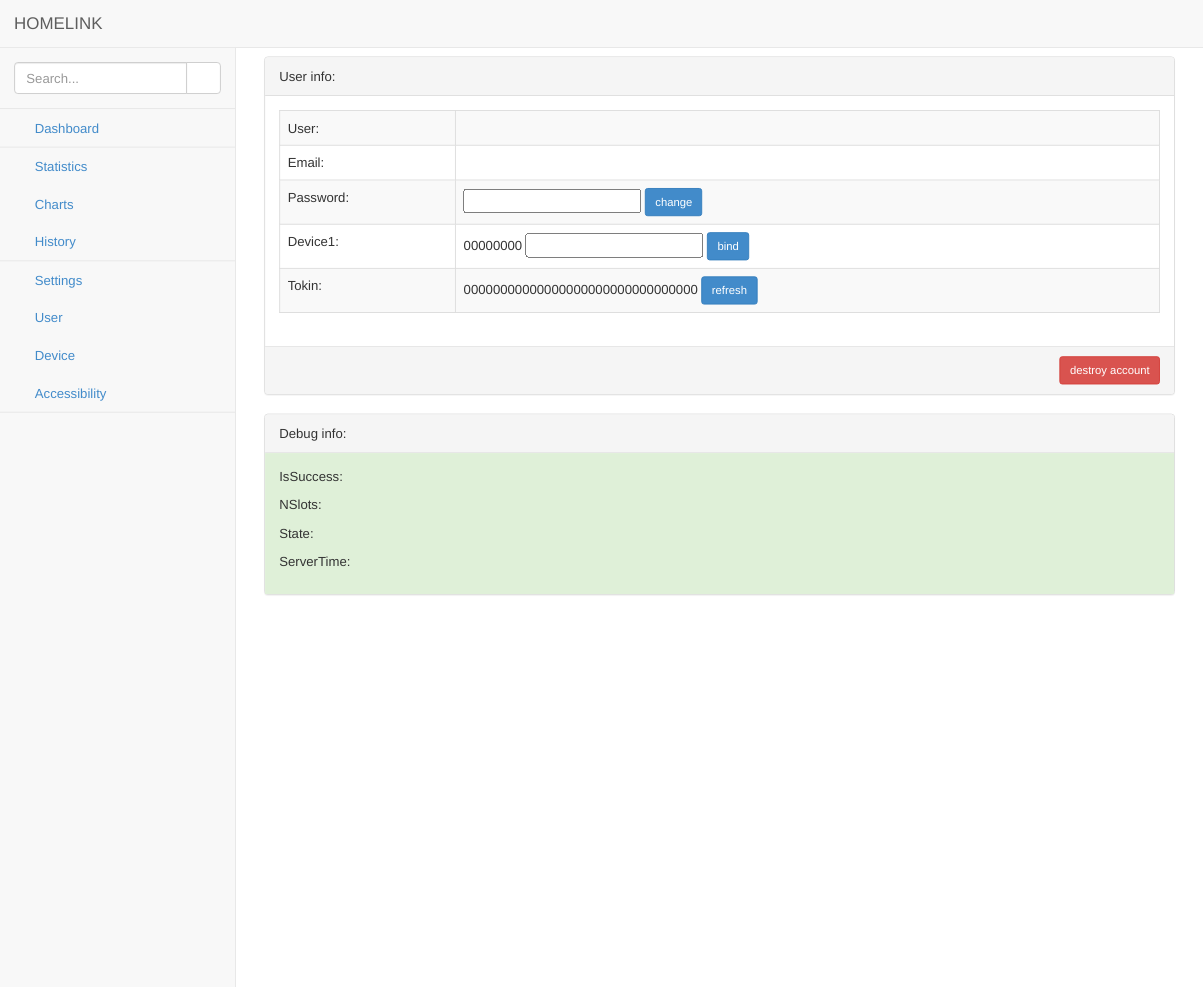
Repository: zhaozhongyao/linknode
Page: public/user.html
The author's editor kept a record of every edit. The page is drawn from the files as they stood at one moment, then again after the next edit.
The browser window is 1280 px wide. The pictures show the whole page, at 94% of full size.
The page's requests for data from a server got no answer. Some web fonts or font styles are not loaded; a fallback is used.

Above is the page before.

After the next edit:
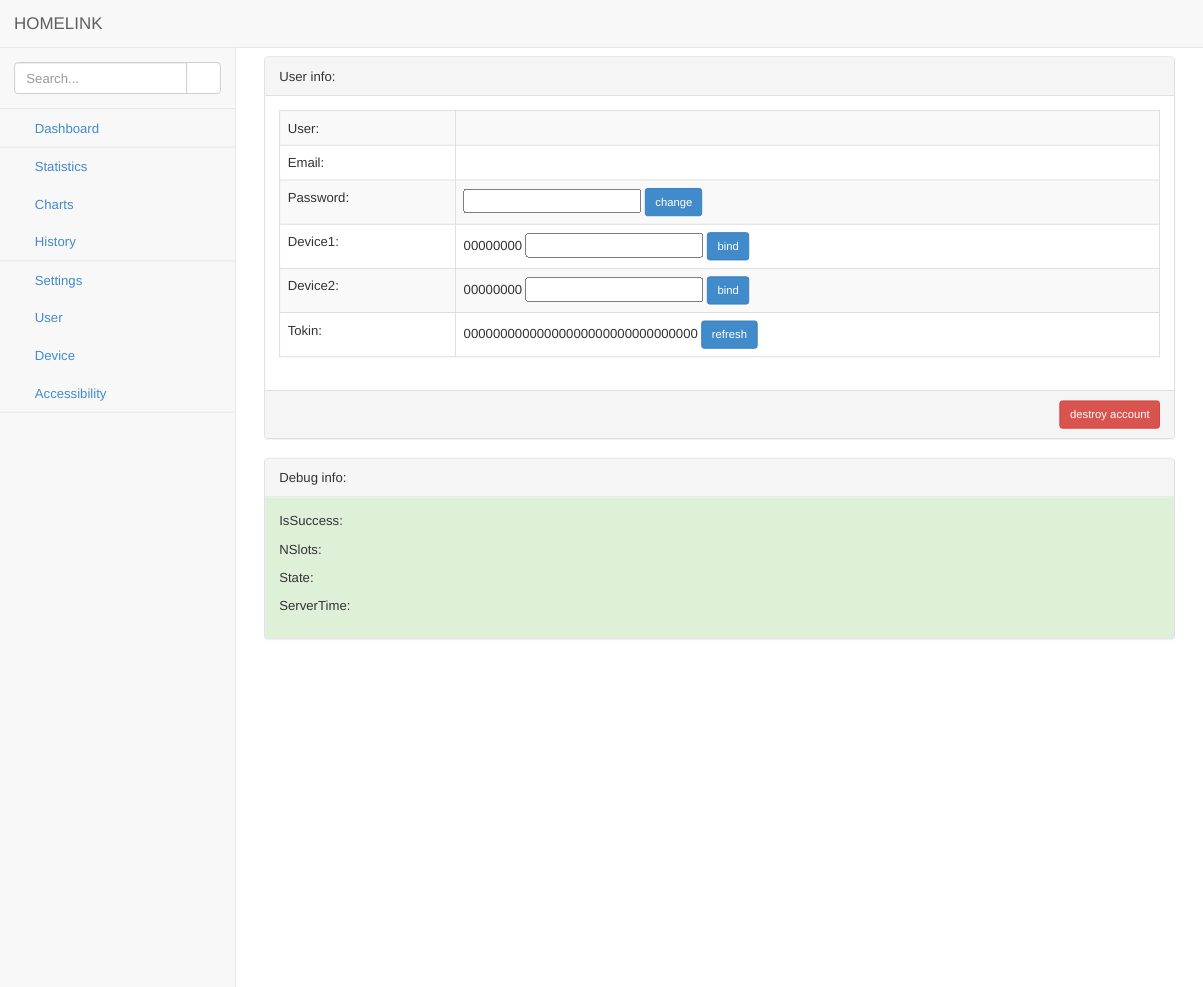
The edit:
--- a/public/user.html
+++ b/public/user.html
@@ -148,6 +148,14 @@
                                                 <a id="submit" class="btn btn-primary btn-sm" href="#" role="button">bind</a>
                                             </td>
                                         </tr>
+                                        <tr class="odd gradeA" id="submit_but">
+                                            <td>Device2:</td>
+                                            <td>
+                                                <span id="DeviceID">00000000</span>
+                                                <input id="span2" type="text">
+                                                <a id="submit" class="btn btn-primary btn-sm" href="#" role="button">bind</a>
+                                            </td>
+                                        </tr>
                                         <tr class="even gradeA" id="refresh_but">
                                             <td>Tokin:</td>
                                             <td>
